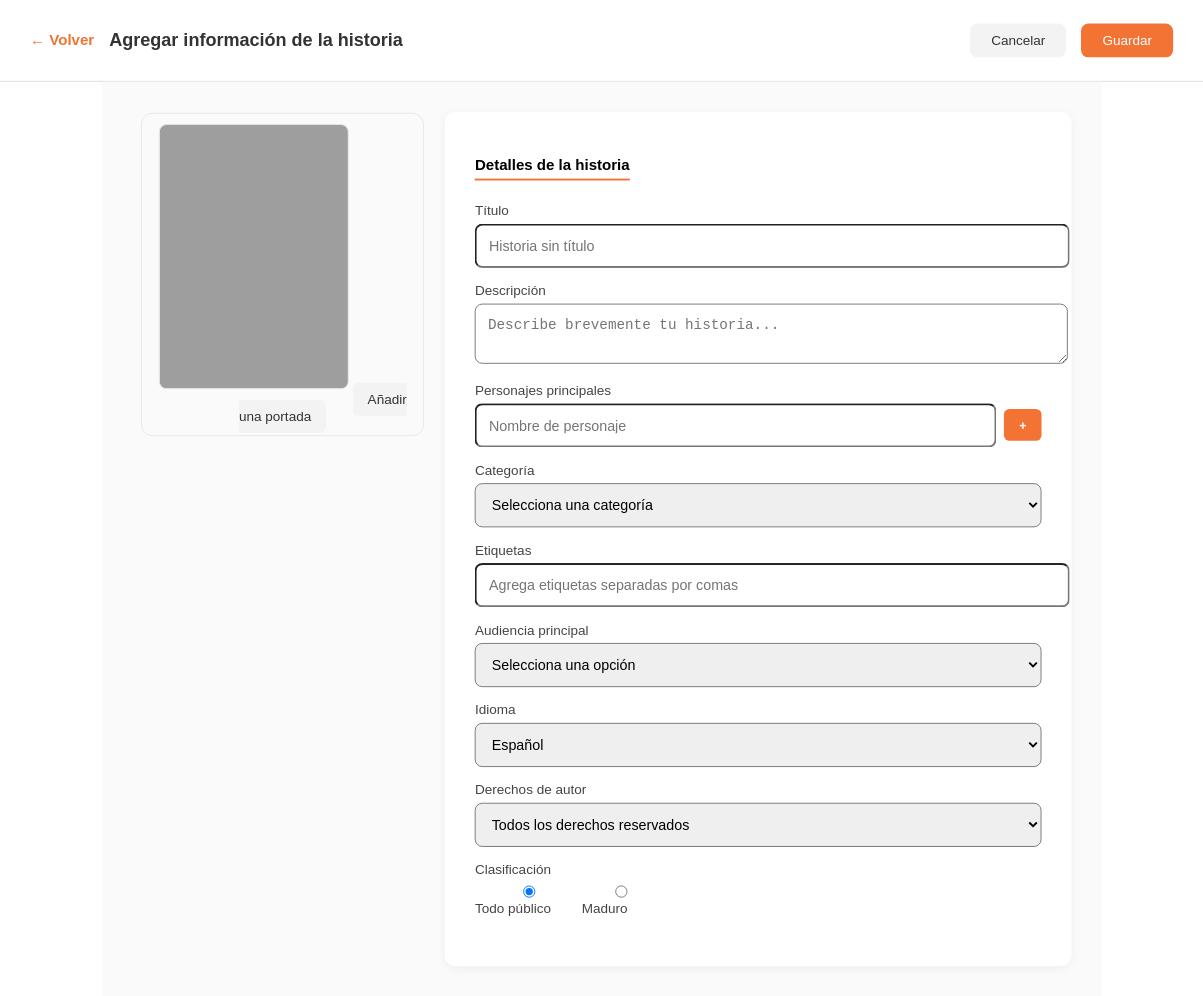
Repository: Mellowdarkl/willpig_studio
Page: .env/html_backup/indexCreti.html
An editor plug-in stored every save of this project. The page is shown before and after the next save, followed by the edit.
The browser window is 1280 px wide. The pictures show the whole page, at 94% of full size.
Pictures or frames that could not be fetched are drawn as grey boxes.

Above is the page before, as saved 2025-11-11 12:21:01.

### .env/html_backup/indexCreti.html
<!DOCTYPE html>
<html lang="es">
<head>
  <meta charset="UTF-8" />
  <meta name="viewport" content="width=device-width, initial-scale=1.0" />
  <title>Crear historia | Willpig Studio</title>
  <link rel="stylesheet" href="style1.2.css" />
  <link rel="icon" type="image/x-icon" href="/public/img/img.ico/logo.ico" />
</head>
<body>

  <!-- 🧭 Barra superior -->
  <header class="story-header">
    <div class="header-left">
      <a href="/" class="back-link">← Volver</a>
      <h2>Agregar información de la historia</h2>
    </div>

    <div class="header-actions">
      <button class="btn-canceler">Cancelar</button>
      <button class="btn-savever">Guardar</button>
    </div>
  </header>

  <!--  Contenedor principal -->
  <main class="new-storys">
    <!--  Lado izquierdo: portada -->
    <div class="story-cover">
      <div class="cover-box">
        <img id="coverPreview" src="/img/placeholder-cover.png" alt="Portada" />
        <label for="coverInput" class="btn-upload">Añadir una portada</label>
        <input type="file" id="coverInput" accept="image/*" hidden>
      </div>
    </div>

    <!--  Lado derecho: formulario -->
    <form class="story-form" action="/newstory" method="POST">
      <section class="story-details">
        <h3>Detalles de la historia</h3>

        <div class="form-group">
          <label for="titulo">Título</label>
          <input type="text" id="titulo" name="titulo" placeholder="Historia sin título" required>
        </div>

        <div class="form-group">
          <label for="descripcion">Descripción</label>
          <textarea id="descripcion" name="descripcion" placeholder="Describe brevemente tu historia..."></textarea>
        </div>

        <div class="form-group">
          <label for="personajes">Personajes principales</label>
          <div class="inline-group">
            <input type="text" id="personajes" name="personajes" placeholder="Nombre de personaje">
            <button type="button" class="btn-add">+</button>
          </div>
        </div>

        <div class="form-group">
          <label for="categoria">Categoría</label>
          <select id="categoria" name="categoria">
            <option value="">Selecciona una categoría</option>
            <option value="fantasia">Fantasía</option>
            <option value="romance">Romance</option>
            <option value="aventura">Aventura</option>
            <option value="drama">Drama</option>
            <option value="infantil">Infantil</option>
          </select>
        </div>

        <div class="form-group">
          <label for="etiquetas">Etiquetas</label>
          <input type="text" id="etiquetas" name="etiquetas" placeholder="Agrega etiquetas separadas por comas">
        </div>

        <div class="form-group">
          <label for="audiencia">Audiencia principal</label>
          <select id="audiencia" name="audiencia">
            <option value="">Selecciona una opción</option>
            <option value="general">General</option>
            <option value="adolescentes">Adolescentes</option>
            <option value="adultos">Adultos</option>
          </select>
        </div>

        <div class="form-group">
          <label for="idioma">Idioma</label>
          <select id="idioma" name="idioma">
            <option value="es">Español</option>
            <option value="en">Inglés</option>
          </select>
        </div>

        <div class="form-group">
          <label for="derechos">Derechos de autor</label>
          <select id="derechos" name="derechos">
            <option value="todos">Todos los derechos reservados</option>
            <option value="compartido">Uso compartido con créditos</option>
            <option value="libre">Dominio público</option>
          </select>
        </div>

        <div class="form-group">
          <label>Clasificación</label>
          <div class="inline-group">
            <label><input type="radio" name="clasificacion" value="todo" checked> Todo público</label>
            <label><input type="radio" name="clasificacion" value="maduro"> Maduro</label>
          </div>
        </div>
      </section>
    </form>
  </main>

</body>
</html>

### .env/html_backup/style1.2.css
/*============================ Variables CSS ========================*/
:root {
  --orange: #94d5e6;
  --light-gray: #f5f5f5;
  --text-dark: #333;
  --text-light: #fff;
  --hover-bg: #ffe7d6;
  --transition: all 0.3s ease;
  --radius: 10px;
  font-family: 'Poppins', sans-serif;
}

/* === General === */
body {
  margin: 0;
  background: var(--light-gray);
  color: var(--text-dark);
}

/* 🌞 Modo claro por defecto */
body {
  background-color: rgb(22, 22, 22);
  color: rgb(250, 250, 250);
  transition: background-color 0.5s ease, color 0.5s ease;
}


body.dark-mode {
  background-color: #121212;
  color: #f0f0f0;
}
a {
  text-decoration: none;
  color: inherit;
}
a:hover {
  color: var(--orange);
}
/* === Navbar === */
.navbar {
  display: flex;
  align-items: center;
  justify-content: space-between;
  background-color: #99d6e0;
  padding: 8px 20px;
  font-family: 'Helvetica Neue', sans-serif;
  position: relative;
  top: 0;
  z-index: 10;
  height: 50px;
  box-sizing: border-box;
}

.logo-fig img {
  max-height: 58px; /* el logo nunca será más alto que esto */
  width: auto; /* mantiene proporción */
  object-fit: contain;
  margin-right: 1px;
  display: block; /* elimina efectos de línea base */
  align-items: left;
}

.logo {
  display: flex;
  align-items: center;
  cursor: pointer;
}

.logo-text {
  font-size: 20px;
  font-weight: 600;
  color: #0c2147;
  margin-left: 5px;
}

.search-bar {
  border-radius: 3px;
  padding: 9px 15px;
  border: none;
  width: 300px;
  outline: none;
  font-size: 14px;
  margin-right: 60%;
}

.S1mMa {
  width: 12px;
  height: 12px;
  margin-left: 4px;
  vertical-align: middle;
  margin-right: 0.5px;
  align-items: 14px;

}

.nav-actions {
  display: flex;
  align-items: center;
  gap: 0.1px;
}

/* Dropdown general */
.dropdown {
  position: relative;
}

.dropdown-trigger {
  display: flex;
  align-items: center;
  gap: 0.1px;
  cursor: pointer;
}

/* Botones */
.dropbtn {
  background: none;
  border: none;
  font-size: 14px;
  cursor: pointer;
  padding: 6px 6px;
  color: var(--text-dark);
  color: #121212;
}

/* Flechas */
.S1mMa {
  width: 12px;
  height: 12px;
  vertical-align: middle;
  margin-left: 2px;
}

/* Avatar */
.avatar-sm {
  width: 32px;
  height: 32px;
  border-radius: 50%;
  object-fit: cover;
}

/* Menú desplegable */
.dropdown-content {
  position: absolute;
  top: 100%;
  right: 0;
  background-color: white;
  display: none;
  flex-direction: column;
  box-shadow: 0 2px 8px rgba(0,0,0,0.15);
  z-index: 100;
  min-width: 160px;
}

/* Mostrar al pasar el cursor */
.dropdown:hover .dropdown-content {
  display: flex;
}

/* Contenedor general */
.dropdown.profile {
  position: relative;
  display: flex;
  align-items: center;
  cursor: pointer;
}

/* Avatar */
.avatar-sm {
  width: 32px;
  height: 32px;
  border-radius: 50%;
  object-fit: cover;
}

/* Flecha */
.S1mMa {
  width: 12px;
  height: 12px;
  margin-left: 2px;
  vertical-align: middle;
}

/* Menú desplegable */
.dropdown-content {
  position: absolute;
  top: 100%;
  right: 0;
  background-color: white;
  display: none;
  flex-direction: column;
  box-shadow: 0 2px 8px rgba(0,0,0,0.15);
  z-index: 100;
  min-width: 160px;
}

/* Mostrar al pasar el cursor por el avatar o flecha */
.dropdown.profile:hover .dropdown-content {
  display: flex;
}

/* Mostrar al pasar el cursor por el trigger */
.dropdown:hover .dropdown-content {
  display: flex;
}

.modo-btn {
  background: color(srgb rgb(230, 0, 0));
  border: none;
  font-size: 22px;
  cursor: pointer;
  transition: transform 0.2s ease;
}

.modo-btn:hover {
  transform: scale(1.2);
}

.nav-actions {
  display: flex;
  align-items: center;
  gap: 1rem;
}

.dropbtn {
  background: none;
  border: none;
  color: var(--text-light);
  font-weight: 500;
  cursor: pointer;
  padding: 0.1rem 0.5rem;
  position: static;
}

.dropdown-content {
  display: none;
  position: absolute;
  background: white;
  border-radius: var(--radius);
  box-shadow: 0 2px 10px rgba(0,0,0,0.1);
}

.dropdown:hover .dropdown-content {
  display: block;
}

.dropdown-content a {
  display: block;
  padding: 0.6rem 1rem;
  color: var(--text-dark);
  text-decoration: none;
}

.dropdown-content a:hover {
  background: var(--hover-bg);
}

/* === Carrusel === */
.hero-carousel {
  position: relative;
}

.carousel {
  display: flex;
  overflow: hidden;
}

.slide {
  min-width: 100%;
  position: relative;
  transform: opacity 5s ease-in-out;
}
.slide {
  display: block;
}

.carousel {
  position: relative;
  overflow: hidden;
}

.slide {
  display: none;
  width: 100%;
  transition: opacity 1s ease-in-out;
}

.slide.active {
  display: block;
}

.slide img {
  width: 100%;
  height: 450px;
  object-fit: cover;
}

.caption {
  position: absolute;
  bottom: 5cqb;
  left: 15px;button {
  border: none;
  border-radius: 25px; /* 🔸 más redondo */
  padding: 10px 25px;
  background-color: #5fa55a;
  color: rgb(255, 255, 255);
  font-weight: 600;
  cursor: pointer;
  transition: background-color 0.3s ease, transform 0.2s ease;
}

button:hover {
  background-color: #88cc50; /* color cálido al pasar el cursor */
  transform: scale(1.05);
}

  background: none;
  color: #f0f0f0;
  padding: 0.9rem;
  border-radius: var(--radius);

}

.carousel-controls {
  position: absolute;
  top: 50%;
  width: 100%;
  display: flex;
  justify-content: space-between;
}

.carousel-controls button {
  background: rgba(44, 44, 44, 0.5);
  color: white;
  border: none;
  font-size: 1rem;
  cursor: pointer;
  border-radius: 50%;
  padding: 0.5rem 1rem;
  position: relative;
}

/* === Secciones de historias === */
.stories-section {
  margin: 2rem;
  align-items: center;
}

.stories-section h2 {
  margin-bottom: 1rem;
  margin-left: 260px; /* leve desplazamiento visual para armonía */
  font-size: 1.5rem;
}

.stories-section {
  margin: 3rem auto;
  max-width: 90%; /* limita el ancho total para que el título y libros estén alineados */
}

.scroll-container {
  display: flex;
  flex-wrap: wrap; /* permite que los libros salten a otra línea si no caben */
  justify-content: center;
  gap: 1rem;
  padding: 10px;
  overflow-x: auto; /* mantiene el scroll si hay demasiados */
  box-sizing: border-box;
  padding: 0.8rem 10px 1rem 10px;
}

.story-card {
  flex: 1 1 150px; /*  permite adaptación dinámica */
  max-width: 180px; /*  evita que crezcan demasiado */
  min-width: 140px; /*  evita que se deformen en zoom alto */
  background: white;
  border-radius: var(--radius);
  box-shadow: 0 2px 5px rgba(0, 0, 0, 0.1);
  text-align: center;
  transition: var(--transition);
  background-color: #f5f5f5;
  color: #000000;
  transition: cubic-bezier(0.075, 0.82, 0.165, 1) all 0.3s;
}


.story-card img {
  width: 100%;
  height: auto;
  border-radius: var(--radius) var(--radius) 0 0;
  object-fit: cover;
  color: #000000;
}

.story-card:hover {
  transform: scale(1.05);
}

.story-card img {
  width: 100%;
  border-radius: var(--radius) var(--radius) 0 0;
  height: 220px;
  object-fit: cover;
}

.leer_story {
  margin-top: 10px;
  margin-bottom: 10px;
  border: none;
  border-radius: 15px; /* 🔸 más redondo */
  padding: 10px 25px;
  background-color: #5fa55a;
  color: rgb(255, 255, 255);
  font-weight: 600;
  cursor: pointer;
  transition: background-color 0.3s ease, transform 0.2s ease;
}
.leer_story:hover {
  background-color: #88cc50; /* color cálido al pasar el cursor */
  transform: scale(1.05);
}

.navbar:hover .dropbtn {
  color: var(--text-bright);
}
.story-card h3 {
  margin: 0.5rem 0;
  font-size: 1rem;
  color: var(--text-dark);
  color: #ffffff;
  transition: all 0.3s ease;
  background-color: #000000;
}
.scroll-btn {
  position: absolute;
  top: 35%;
  background: rgba(255,255,255,0.8);
  border: none;
  font-size: 1.5rem;
  cursor: pointer;
  border-radius: 50%;
  padding: 0.3rem 0.6rem;
  transition: var(--transition);
}

.scroll-btn:hover {
  background: var(--orange);
  color: rgb(201, 13, 13);
}

.scroll-btn.left { left: -5px; }
.scroll-btn.right { right: -5px; }

/* === Historia destacada === */
.featured-story {
  display: flex;
  margin: 3rem 2rem;
  background: white;
  border-radius: var(--radius);
  overflow: hidden;
  background-color: rgb(255, 255, 255);
  color: black;
  transition: background-color 0.5s ease, color 0.5s ease;
  border: #f0f0f0 1px solid;
}

.featured-story img {
  width: 50%;
  object-fit: cover;
}

.featured-story .info {
  padding: 2rem;
}

/* === Footer === */
footer {
  background: #ffffff;
  text-align: center;
  padding: 2rem;
  font-size: 0.9rem;
  color: #012464;
}

.footer-links {
  display: flex;
  justify-content: center;
  gap: 1.5rem;
  flex-wrap: wrap;
  margin-bottom: 0.8rem;

}

.footer-links a {
  color: #444;
  text-decoration: none;
}

.footer-links a:hover {
  text-decoration: underline;
}

.footer-links {
  padding: 0px 20px;
}

.footer-links {
  max-width: 600px;
  margin: 0 auto;
}

.scroll-container {
  display: flex;
  justify-content: center; /* Centra horizontalmente */
  align-items: center;     /* Centra verticalmente */
  flex-wrap: wrap;         /* Para que salten de línea si hay muchas */
  gap: 1.5rem;             /* Espaciado entre tarjetas */
  padding: 20px;
}

.theme-color {
  background: #99d6e0;
  border: none;
  color: var(--text-light);
  font-weight: 100;
  cursor: pointer;
}

body {
  background-color: white;
  color: black;
  transition: background-color 0.5s ease, color 0.5s ease;
}

body.dark-mode {
  background-color: black;
  color: white;
}
body.dark-mode .featured-story {
  background-color: #1c1c1c;
  color: #f0f0f0;
}
/*=======Final pagina principal======*/

/* ======= FORMULARIO DE REGISTRO ======= */
html, body {
  margin: 0;
  padding: 0;
}

.register-container-igm {
  display: flex;
  justify-content: center;
  align-items: center;
  height: 100vh;
  background-image: url('/public/img/img.ico/fondo_register.jpg'); /* ✅ sin /public */
  background-size: cover;
  background-position: center;
}

.logo-LTRA {
  position: absolute;
  top: 40px ;
  left: 460px;
}

.logo-LTRA img {
  height: 80px;
}

.register-card {
  background: rgba(255, 255, 255, 0.96);
  padding: 2.5rem;
  border-radius: 15px;
  box-shadow: 0 4px 20px rgba(0,0,0,0.20);
  width: 100%;
  max-width: 420px;
  text-align: center;
  backdrop-filter: blur(6px);
}

.register-card h1 {
  font-size: 1.8rem;
  margin-bottom: 1rem;
  color: var(--accent-color, #f39135);
}

.register-form .form-group {
  text-align: left;
  margin-bottom: 1.2rem;
}

.register-form input {
  width: 100%; /* ✅ ya no corta el ancho */
  padding: 0.8rem;
  border: 1px solid #ccc;
  border-radius: 8px;
  font-size: 1rem;
}

.register-form input:focus {
  border-color: var(--accent-color, #f39135);
  box-shadow: 0 0 4px rgba(243,115,53,0.3);
}

/* Botón */
.btn-register {
  background-color: #040225;
  color: white;
  border: none;
  width: 100%;
  padding: 0.9rem;
  border-radius: 10px;
  cursor: pointer;
}

.btn-register:hover {
  background-color: #3d3d3d;
}

/* Link de login */
.login-link a {
  color: #040225;
  font-weight: 600;
  text-decoration: none;
}

.login-link a:hover {
  text-decoration: underline;
}

/*=======Final formulario de registro======*/

/* ====== FORMULARIO DE LOGIN ====== */
main.loginIn-container .btn-loginIn {
  /* estilos aquí */
  .loginIn-container {
  display: flex;
  justify-content: center;
  align-items: center;

}
.loginPin-card {
  background: #fff;
  padding: 2.5rem;
  border-radius: 15px;
}
  box-shadow: 0 4px 20px rgba(0,0,0,0.08);
  width: 100%;
  max-width: 420px;
  text-align: center;


}
html, body {
  margin: 0;
  padding: 0;
}
.register-container {
  display: flex;
  justify-content: center;
  align-items: center;
  margin-left: auto;
  margin-right: 40vh;
}

.loginIn-container {
  display: flex;
  justify-content: center;
  align-items: center;
  height: 100vh;
  background-color: var(--background-color, #fff);
  left: 400vh;
}

.loginPin-card {
  background: #fff;
  padding: 2.5rem;
  border-radius: 15px;
  box-shadow: 0 4px 20px rgba(0,0,0,0.08);
  width: 100%;
  max-width: 420px;
  text-align: center;
  left: 400vh;
}

.loginPin-card h1 {
  font-size: 1.8rem;
  margin-bottom: 1rem;
  color: var(--accent-color, #f37335);
}

/* ====== LOGIN ESTILO POCKET ====== */
.login-pocketIN {
  display: flex;
  height: 100vh;
  background-color: #fff;
}

/* Lado izquierdo con imagen */
.login-visual {
  flex: 1;
  background-color: #fafafa;
  display: flex;
  justify-content: center;
  align-items: center;
  padding: 2rem;
}

.login-visual img {
  width: 90%;
  max-width: 600px;
  border-radius: 10px;
  box-shadow: 0 4px 30px rgba(0, 0, 0, 0.1);
}

/* Lado derecho con formulario */
.login-form-section {
  flex: 1;
  display: flex;
  justify-content: center;
  align-items: center;
  padding: 2rem;
}

.login-box {
  width: 90%;
  max-width: 400px;
  text-align: center;
}

.login-box h1 {
  color: var(--accent-color, #f39135);
  font-size: 1.8rem;
  margin-bottom: 3rem;
}

.login-box p {
  color: #666;
  margin-bottom: 1.5rem;
}

.form-login .form-group {
  text-align: left;
  margin-bottom: 1rem;
}

.form-login label {
  display: block;
  font-size: 0.9rem;
  color: #444;
  margin-bottom: 0.3rem;
}

.form-login input {
  width: 88%;
  padding: 0.8rem;
  border: 1px solid #ccc;
  border-radius: 8px;
  font-size: 1rem;
  outline: none;
  transition: 0.3s;
}

.form-login input:focus {
  border-color: var(--accent-color, #f37335);
  box-shadow: 0 0 5px rgba(243,115,53,0.3);
}

.btn-login-pocket {
  background-color: var(--accent-color, #070658);
  color: white;
  border: none;
  border-radius: 8px;
  width: 80%;
  padding: 0.9rem;
  font-size: 1rem;
  cursor: pointer;
  transition: background 0.3s ease;
}

.btn-login-pocket:hover {
  background-color: #303030;
}

.forgot {
  display: block;
  margin-top: 0.8rem;
  color: #1d1d1d;
  font-size: 1rem;
  text-decoration: none;
}

.divider {
  margin: 1.5rem 0;
  position: relative;
  text-align: center;
  color: #aaa;
}

.divider::before, .divider::after {
  content: "";
  position: absolute;
  top: 50%;
  width: 40%;
  height: 1px;
  background-color: #ddd;
}

.divider::before { left: 0; }
.divider::after { right: 0; }

.social-login {
  display: flex;
  flex-direction: column;
  gap: 0.7rem;
}

.social-btn {
  border: 1px solid #ddd;
  border-radius: 8px;
  padding: 0.8rem;
  background-color: #fff;
  cursor: pointer;
  transition: background 0.3s;
}

.social-btn:hover {
  background-color: #f8f8f8;
}

.google { color: #252525; }
/*
.telefono { color: #000; }
.facebook { color: #e66000; }
*/
social-btn google img {
  width: 20px;
  height: 20px;
  vertical-align: middle;
  margin-right: 12px;
  gap: 10px;
  padding: 0.5rem 1rem;
}
.register-text {
  margin-top: 1.5rem;
  font-size: 0.9rem;
}

.register-text a {
  color: var(--accent-color, #f37335);
  font-weight: 500;
  text-decoration: none;
}

.register-text a:hover {
  text-decoration: underline;
}

/* Responsivo */
@media (max-width: 850px) {
  .login-pocket {
    flex-direction: column;
    height: auto;
  }

  .login-visual {
    display: none;
  }

  .login-form-section {
    padding: 3rem 1rem;
  }
}

/* ====== OPCIONES EXTRA DEL LOGIN ====== */
.form-options {
  text-align: left;
  margin: 0.5rem 0 1rem;
  font-size: 0.9rem;
  color: #555;
}

.form-options input[type="checkbox"] {
  margin-right: 0.4rem;
  accent-color: var(--accent-color, #f37335);
}

/* ====== FORMULARIO DE NOTIFICACIÓN ====== */
.story-header {
  display: flex;
  justify-content: space-between;
  align-items: center;
  background: #fff;
  border-bottom: 1px solid #ddd;
  padding: 1rem 2rem;
}

.story-header .header-left {
  display: flex;
  align-items: center;
  gap: 1rem;
}

.story-header h2 {
  font-size: 1.2rem;
  color: #333;
}

.back-link {
  color: var(--accent-color, #f37335);
  text-decoration: none;
  font-weight: bold;
}

.header-actions {
  display: flex;
  gap: 1rem;
}

.btn-canceler, .btn-savever {
  padding: 0.6rem 1.4rem;
  border-radius: 8px;
  font-size: 0.9rem;
  border: none;
  cursor: pointer;
  transition: 0.3s;
}

.btn-canceler {
  background: #f3f3f3;
  color: #333;
}

.btn-canceler:hover { background: #e5e5e5; }

.btn-savever {
  background: var(--accent-color, #f37335);
  color: white;
}

.btn-savever:hover { background: #e85c1a; }

/* Layout general */
.new-storys {
  display: flex;
  padding: 2rem;
  gap: 2rem;
  background: #fafafa;
  margin: auto;
  max-width: 1000px;
}


/* Portada */
.story-cover {
  flex: 1;
  display: flex;
  justify-content: center;
  align-items: flex-start;
}

.cover-box {
  text-align: center;
  position: relative;
  left: 10px;
  top: 1px;
  border: 0.1px solid #e7e7e7;
  padding: 0.7rem;
  border-radius: 12px;
  box-shadow: 0 2px 10px rgba(252, 252, 252, 0.1);
}

.coverPreview {
  margin-bottom: 1rem;
  position: absolute 0;
  top: 0;
  left: 0;
}

.btn-upload- {
  display: none;
  position: relative;
  top: 0;
  left: 0;
  z-index: 1;
}
.cover-box img {
  width: 200px;
  height: 280px;
  border: 1px solid #ddd;
  border-radius: 8px;
  object-fit: cover;
  margin-bottom: 1rem;
}

.btn-upload {
  background: #f3f3f3;
  border-radius: 8px;
  padding: 0.6rem 1rem;
  cursor: pointer;
  color: #333;
  font-size: 0.9rem;
}

.btn-upload:hover {
  background: #e5e5e5;
}

/* Formulario */
.story-form {
  flex: 2;
  background: #fff;
  padding: 2rem;
  border-radius: 12px;
  box-shadow: 0 2px 10px rgba(0,0,0,0.05);
}

.story-details h3 {
  font-size: 1rem;
  margin-bottom: 1.5rem;
  border-bottom: 2px solid var(--accent-color, #f37335);
  display: inline-block;
  padding-bottom: 0.3rem;
}

.form-group {
  margin-bottom: 1rem;
}

.form-group label {
  display: block;
  margin-bottom: 0.4rem;
  font-size: 0.9rem;
  color: #444;
}

.form-group input,
.form-group textarea,
.form-group select {
  width: 100%;
  padding: 0.8rem;
  border: px solid #ccc;
  border-radius: 8px;
  font-size: 0.95rem;
  outline: none;
}

.inline-group {
  display: flex;
  gap: 0.5rem;
  align-items: center;
}

.btn-add {
  padding: 0.6rem 1rem;
  background: var(--accent-color, #f37335);
  border: none;
  color: #fff;
  border-radius: 6px;
  cursor: pointer;
  font-weight: bold;
}

.btn-add:hover {
  background: #e85c1a;
}

/* Responsivo */
@media (max-width: 900px) {
  .new-story {
    flex-direction: column;
    padding: 1rem;
  }

  .story-form {
    padding: 1.5rem;
  }
}

After the next save:
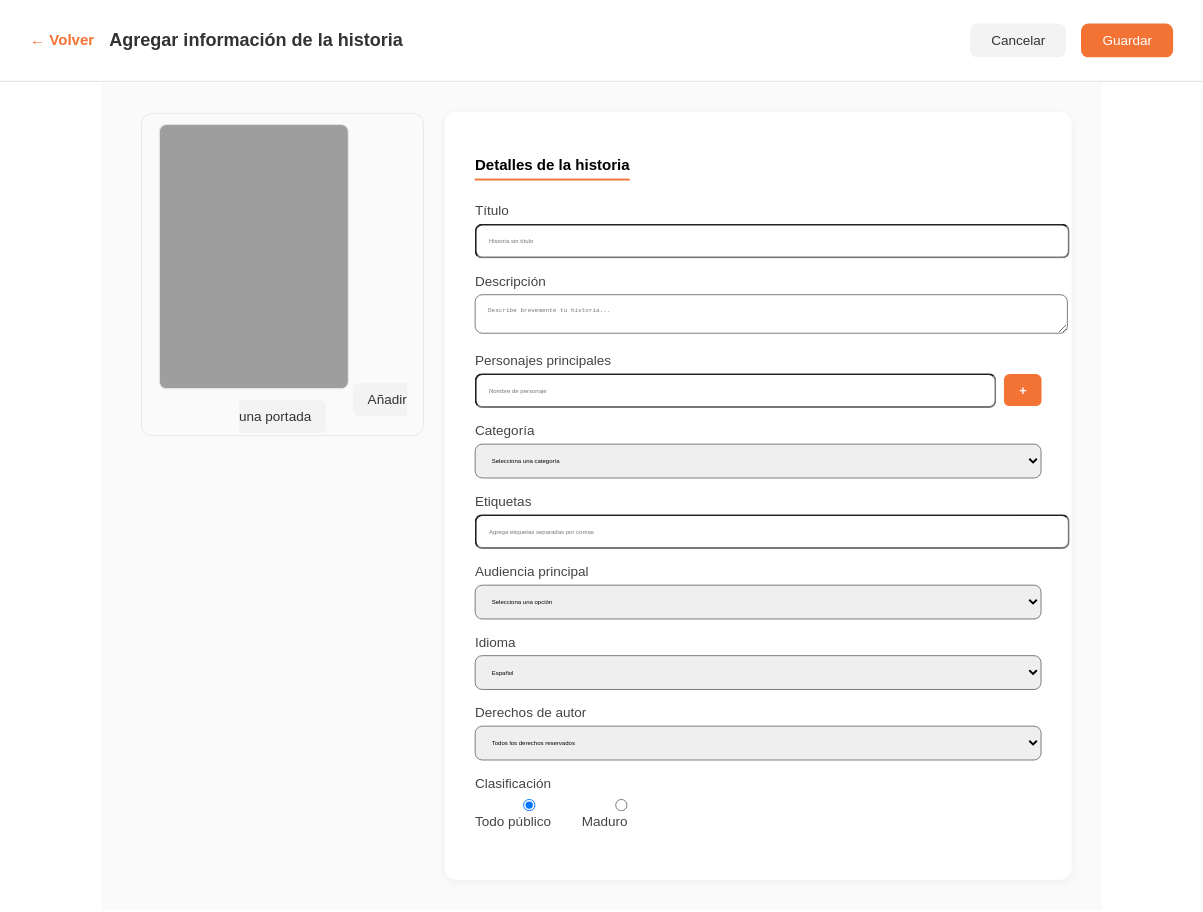
Saved 47 s later.
--- a/.env/html_backup/style1.2.css
+++ b/.env/html_backup/style1.2.css
@@ -1040,7 +1040,7 @@ social-btn google img {
   padding: 0.8rem;
   border: px solid #ccc;
   border-radius: 8px;
-  font-size: 0.95rem;
+  font-size: 0.40rem;
   outline: none;
 }
 
